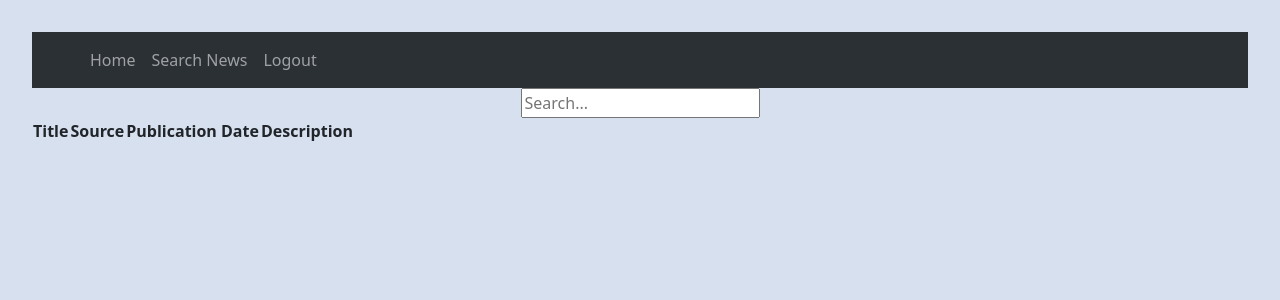
Repository: oksana117/news-app
Page: /search (app in client/)
The author's editor kept a copy of each file at every save. The page is drawn from the files as they stood at one save, then again after a run of saves.
The browser window is 1280 px wide. The pictures show the whole page.
The page's requests for data from a server got no answer. The project was rebuilt for these pictures with package versions that can differ from the ones it lists, and the page was loaded fresh each time. No one was signed in, and anything a server would have sent is missing. Also part of the build but not shown: client/vite.config.js, client/src/Register.jsx, client/src/Login.jsx, client/src/Home.jsx.

Above is the page before, as saved 2024-09-27 18:34:21.

After the next 10 saves:
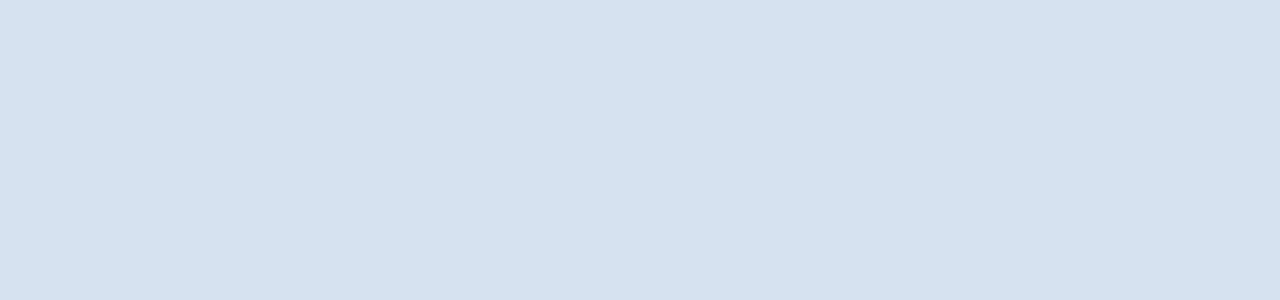
Console error: ReferenceError: news is not defined
The 10 saves are shown as one change because 3 did not build or start and some came seconds apart.
The last was saved 69 s later.
--- a/client/src/SearchTableResult.jsx
+++ b/client/src/SearchTableResult.jsx
@@ -7,6 +7,20 @@
 
 
     return (
+        <div>
+            <h1>News Articles</h1>
+            <ul>
+                {news.map((article, index) => (
+                    <li key={index}>
+                        <h2>{article.title}</h2>
+                        <p>{article.description}</p>
+                        <a href={article.url} target="_blank" rel="noopener noreferrer">Read more</a>
+                    </li>
+                ))}
+            </ul>
+        </div>
+    );
+        /*
     <table>
             <tbody>
                 <tr>
@@ -25,9 +39,10 @@
                 ))}
             </tbody>
         </table>
+          );*/
 
 
-    );
+
 };
 
 export default SearchTableResult;

After the 4 saves that followed:
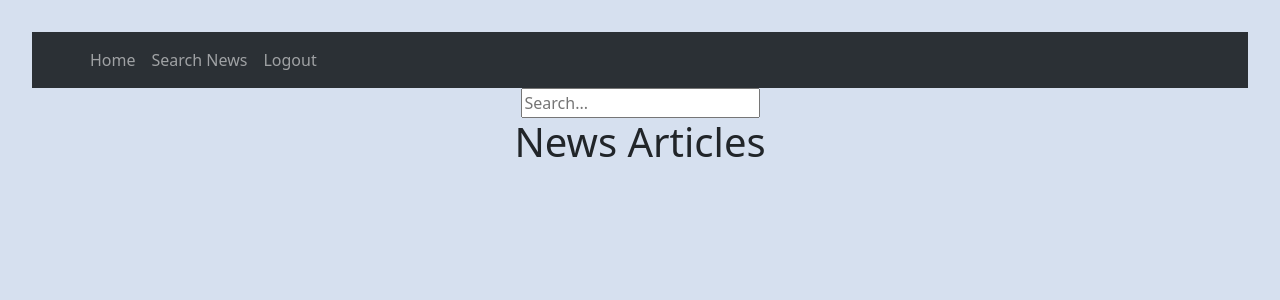
The error is gone.
The 4 saves are shown as one change because 3 left the picture as it was.
The last was saved 68 s later.
--- a/client/src/SearchTableResult.jsx
+++ b/client/src/SearchTableResult.jsx
@@ -3,14 +3,14 @@
 
 const SearchTableResult = ({ data }) => {
 
-  const dataKeys = Object.keys(data)
+  //const dataKeys = Object.keys(data)
 
 
     return (
         <div>
             <h1>News Articles</h1>
             <ul>
-                {news.map((article, index) => (
+                {data.map((article, index) => (
                     <li key={index}>
                         <h2>{article.title}</h2>
                         <p>{article.description}</p>
